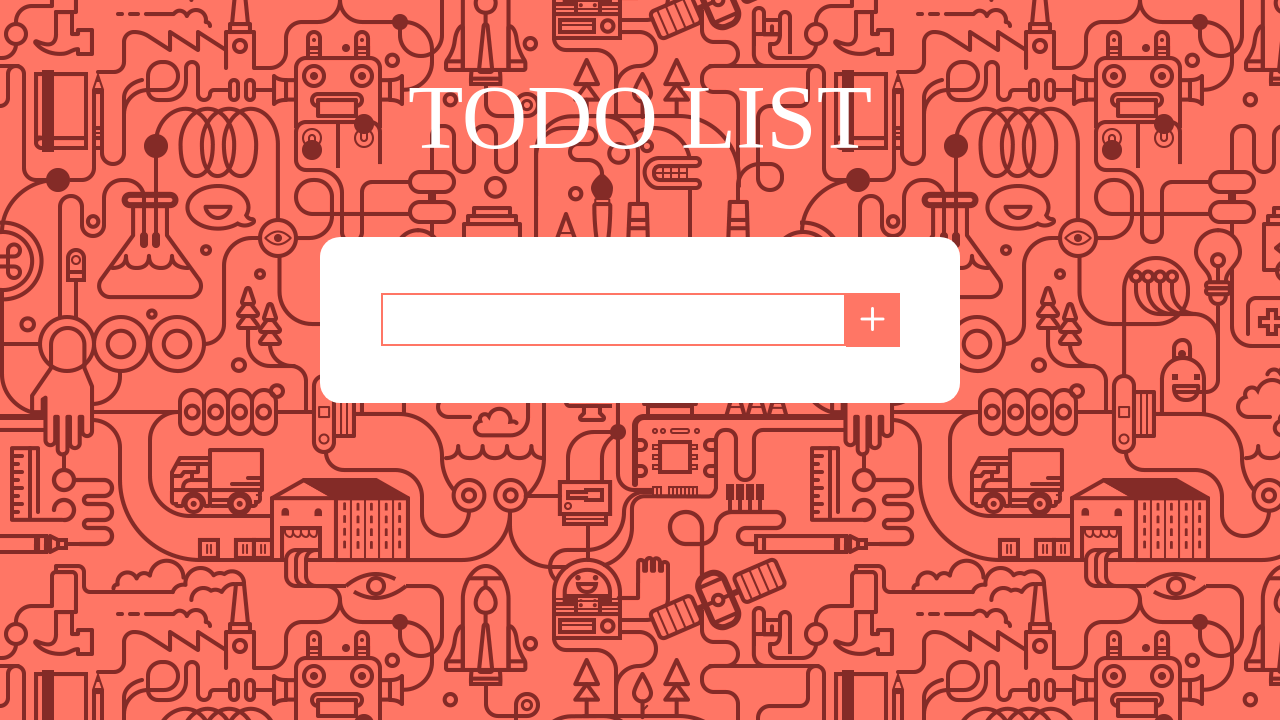
Repository: zum281/todo-list
Page: index.html
An editor plug-in stored every save of this project. The page is shown before and after a run of saves, followed by the edit.
The browser window is 1280 px wide. The pictures show the whole page.
Some web fonts or font styles are not loaded; a fallback is used. Some web libraries are served in a nearby version. The style sheet was rebuilt from its Sass, Less or Tailwind sources for each picture, by a compiler version that may differ from the author's.

Above is the page before, as saved 2021-03-05 17:04:15.

After the next 3 saves:
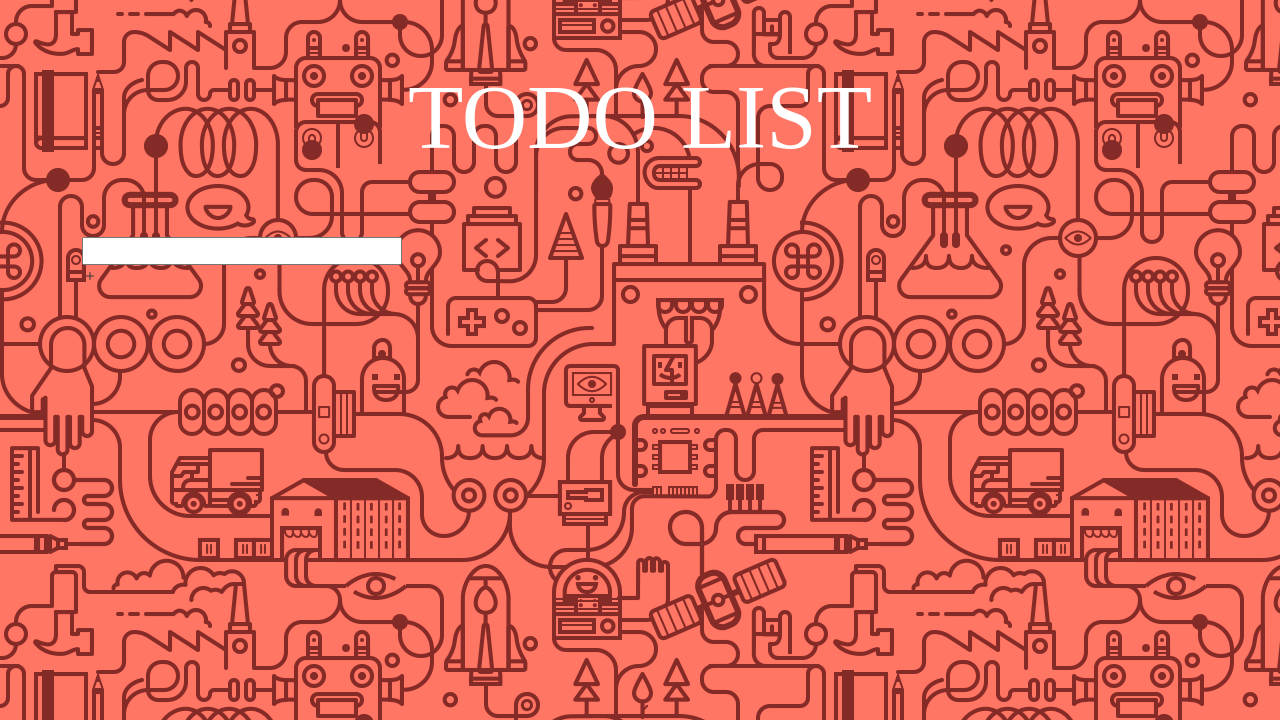
The 3 saves are shown as one change because they came seconds apart.
The last was saved 18 s later.
--- a/sass/main.scss
+++ b/sass/main.scss
@@ -24,7 +24,7 @@
     margin: 4rem auto;
 }
 
-@media screen and (min-width: 375px) {
+@media screen and (min-width: 769x) {
     .main {
         min-width: 600px;
         display: flex;

After the 2 saves that followed:
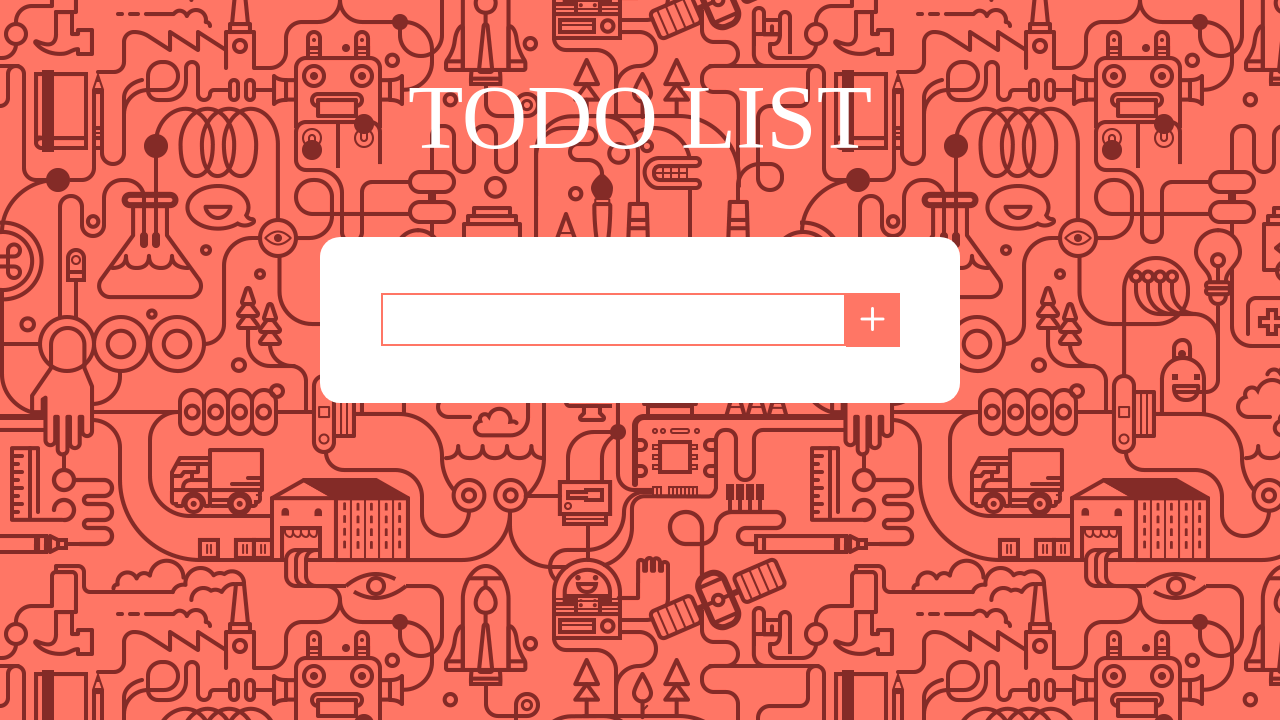
The 2 saves are shown as one change because they came seconds apart.
The last was saved 7 s later.
--- a/sass/main.scss
+++ b/sass/main.scss
@@ -24,7 +24,7 @@
     margin: 4rem auto;
 }
 
-@media screen and (min-width: 769x) {
+@media screen and (min-width: 767px) {
     .main {
         min-width: 600px;
         display: flex;
